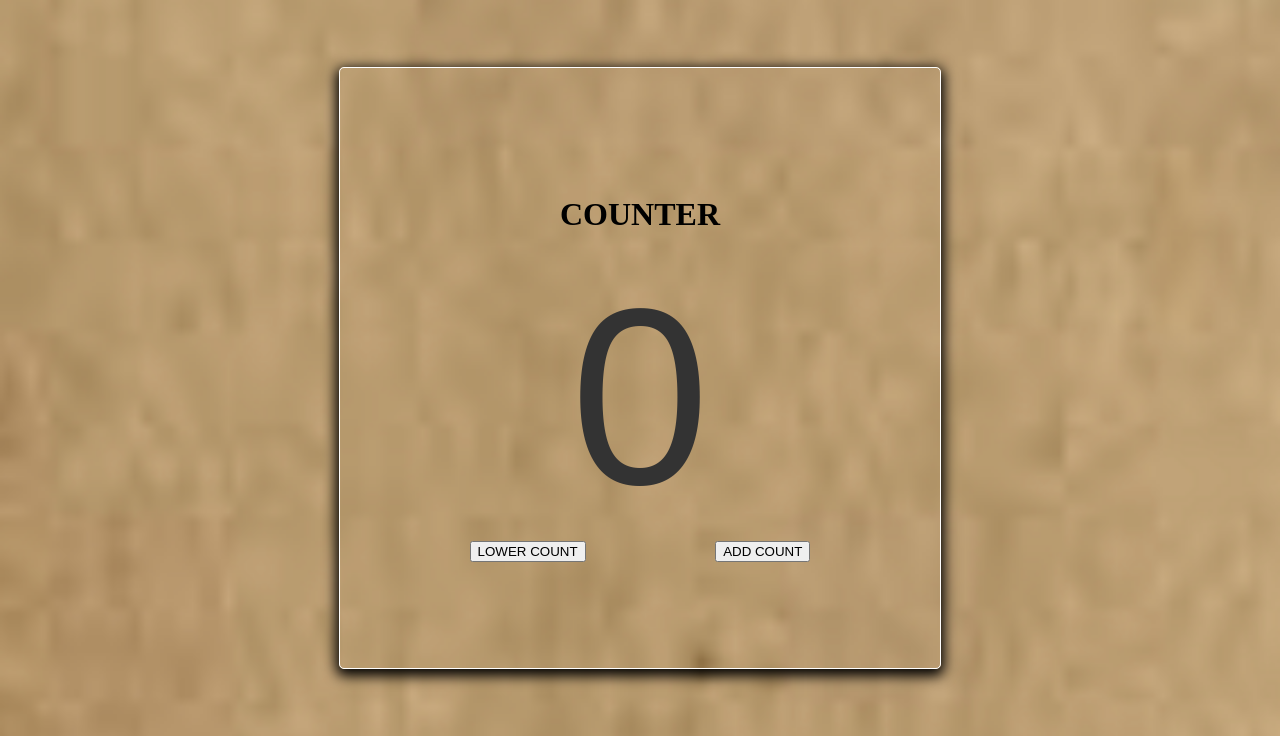
Repository: Hasmik-icml/counter
Page: index.html
An editor plug-in stored every save of this project. The page is shown before and after the next save, followed by the edit.
The browser window is 1280 px wide. The pictures show the whole page.

Above is the page before, as saved 2022-02-14 17:02:29.

### index.html
<!DOCTYPE html>
<html lang="en">
<head>
    <meta charset="UTF-8">
    <meta http-equiv="X-UA-Compatible" content="IE=edge">
    <meta name="viewport" content="width=device-width, initial-scale=1.0">
    <link rel="stylesheet" href="/style.css">
    <title>Document</title>
</head>
<body>
    <div class="container">
        <h1 class="counter">COUNTER</h1>
        <div class="result">0</div>
        <div class="buttons">
            <button>LOWER COUNT</button>
            <button>ADD COUNT</button>
        </div>

    </div>
    <script src="/index.js"></script>
</body>
</html>

### style.css
body{
    display:flex;
    flex-direction:column;
    justify-content:center;
    min-height:100vh;
    background-image: url("/Screenshot_14.png");
    background-repeat: no-repeat;
    background-size: cover;
}
.container {
    width: 600px;
    height: 600px;
    border: 1px solid white;
    border-radius: 5px;
    margin: auto;
    text-align: center;
    box-shadow: 0px 4px 13px 3px;
    display: flex;
    flex-direction: column;
    justify-content: center;
}
.counterHeader{
    color: white;
    font-family: sans-serif;
    font-size: xxx-large;
}
.result{
    color: #333333;
    font-family: sans-serif;
    font-size: 250px;
}
.button{
    background-color: #0c2c54;
    border-style: none;
    color: white;
    padding: 15px;
    font-family: sans-serif;
    font-size: x-large;
}
.buttons{
    display: flex;
    justify-content: space-evenly;
}

Loaded but not shown: index.js (no copy from this time; the picture is the same without it)

After the next save:
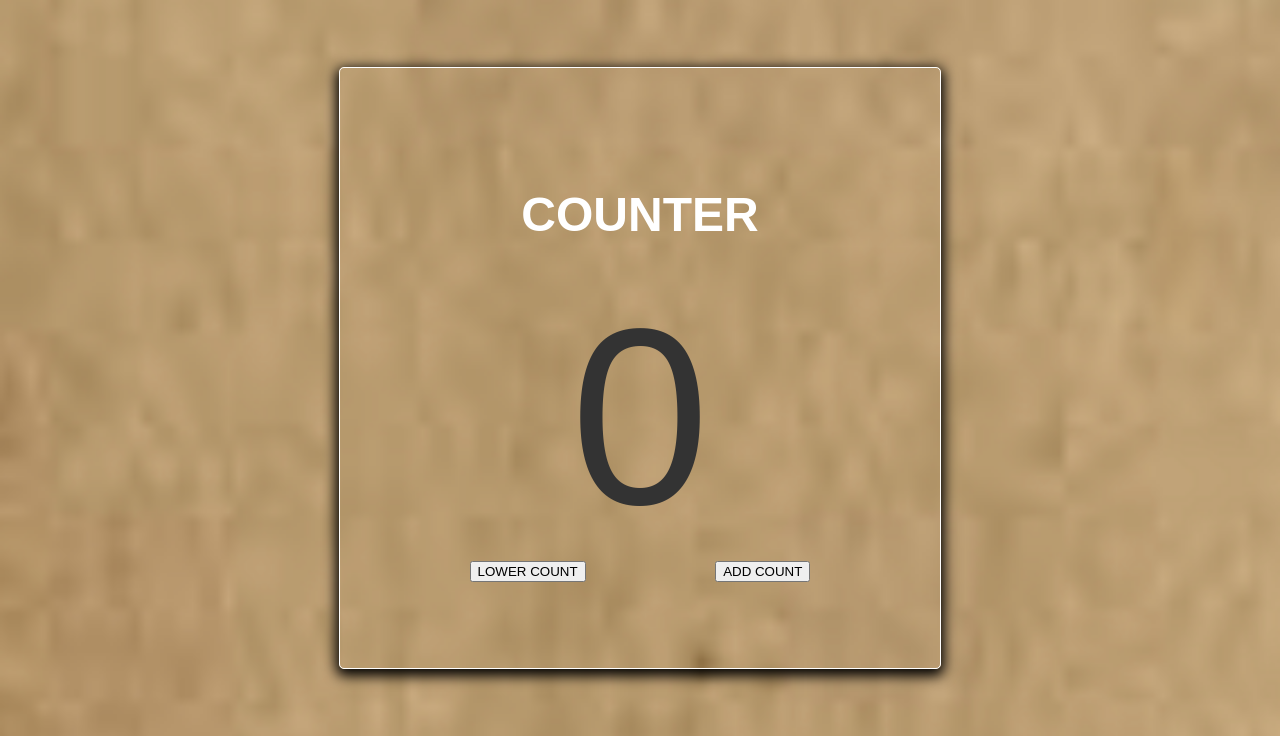
Saved 4 s later.
--- a/index.html
+++ b/index.html
@@ -9,7 +9,7 @@
 </head>
 <body>
     <div class="container">
-        <h1 class="counter">COUNTER</h1>
+        <h1 class="counterHeader">COUNTER</h1>
         <div class="result">0</div>
         <div class="buttons">
             <button>LOWER COUNT</button>
